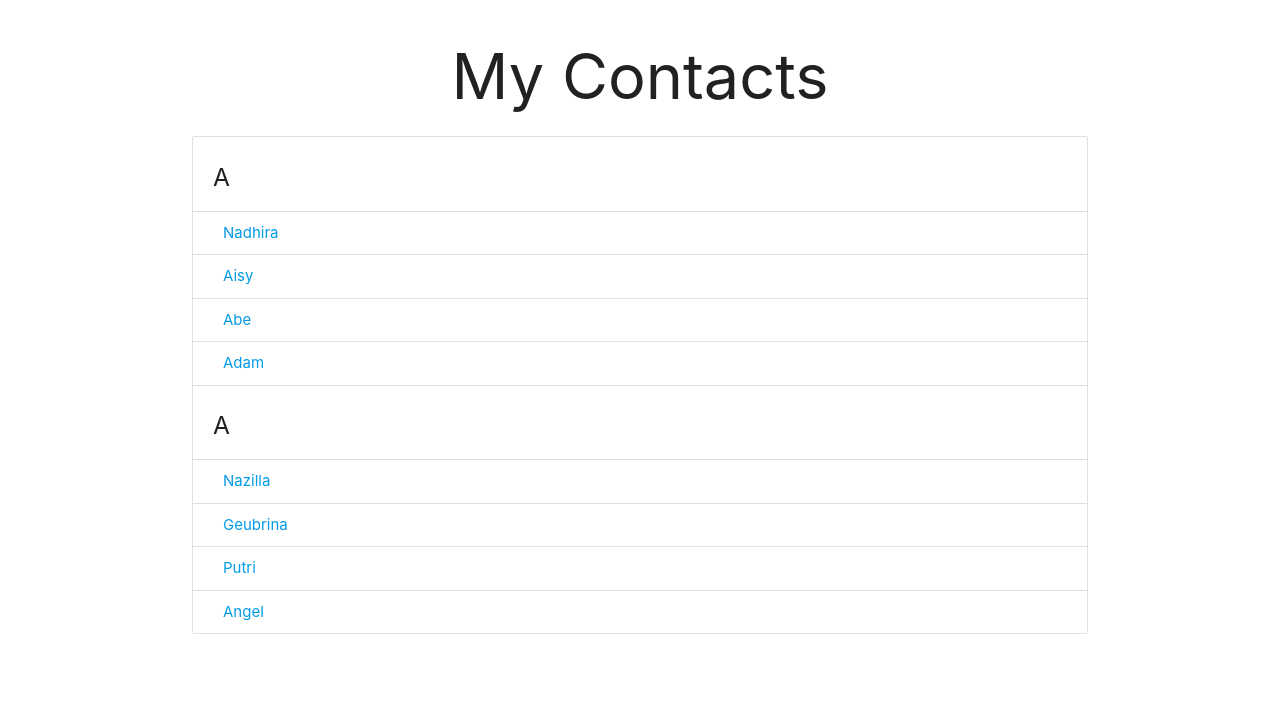
Repository: Fauzaanmhmd/vanillaFilterable
Page: index.html
An editor plug-in stored every save of this project. The page is shown before and after the next save, followed by the edit.
The browser window is 1280 px wide. The pictures show the whole page.

Above is the page before, as saved 2022-02-16 08:08:58.

### index.html
<!DOCTYPE html>
<html lang="en">

<head>
    <meta charset="UTF-8">
    <meta http-equiv="X-UA-Compatible" content="IE=edge">
    <meta name="viewport" content="width=device-width, initial-scale=1.0">
    <link rel="stylesheet" href="https://cdnjs.cloudflare.com/ajax/libs/materialize/1.0.0/css/materialize.css">
    <title>My Contacts</title>
</head>

<body>
    <div class="container">
        <h1 class="center-align">
            My Contacts
        </h1>
        <ul id="names" class="collection with-header">
            <li class="collection-header">
                <h5>A</h5>
            </li>
            <li class="collection-item">
                <a href="#">Nadhira</a>
            </li>
            <li class="collection-item">
                <a href="#">Aisy</a>
            </li>
            <li class="collection-item">
                <a href="#">Abe</a>
            </li>
            <li class="collection-item">
                <a href="#">Adam</a>
            </li>
            <li class="collection-header">
                <h5>A</h5>
            </li>
            <li class="collection-item">
                <a href="#">Nazilla</a>
            </li>
            <li class="collection-item">
                <a href="#">Geubrina</a>
            </li>
            <li class="collection-item">
                <a href="#">Putri</a>
            </li>
            <li class="collection-item">
                <a href="#">Angel</a>
            </li>
        </ul>
    </div>
</body>

</html>

After the next save:
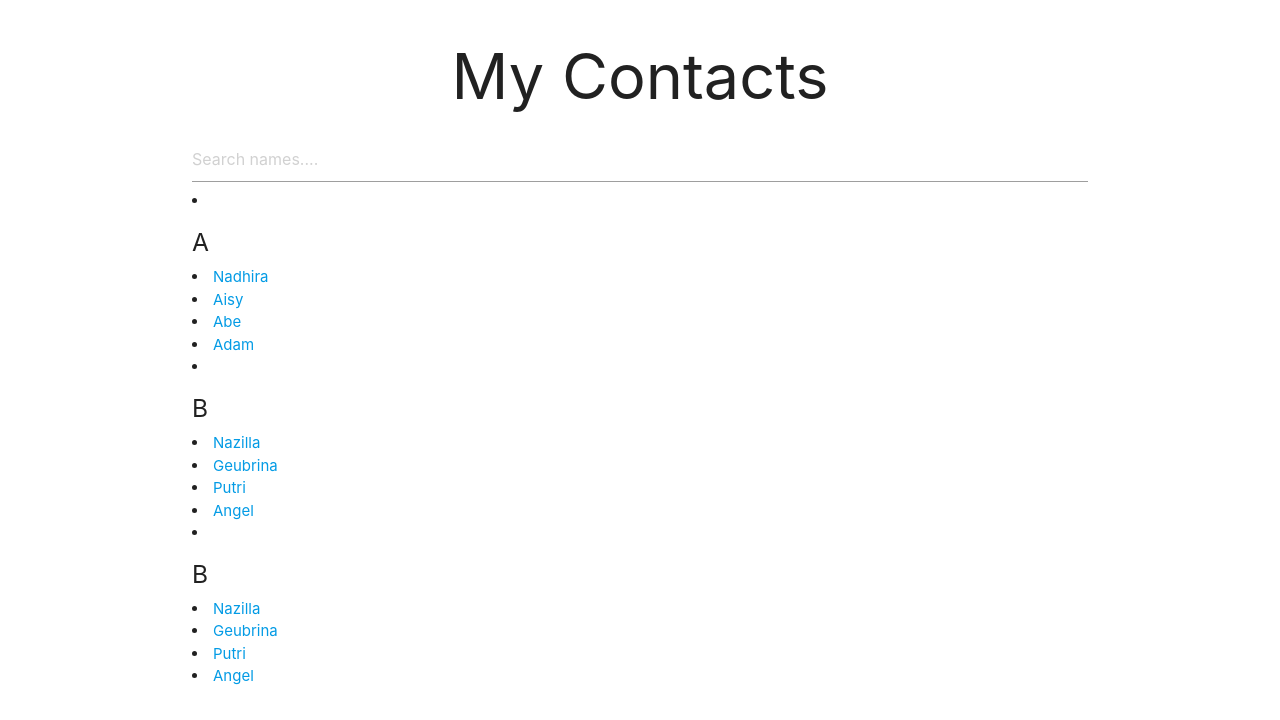
Saved 2 min 47 s later.
--- a/index.html
+++ b/index.html
@@ -14,37 +14,53 @@
         <h1 class="center-align">
             My Contacts
         </h1>
-        <ul id="names" class="collection with-header">
-            <li class="collection-header">
-                <h5>A</h5>
-            </li>
-            <li class="collection-item">
-                <a href="#">Nadhira</a>
-            </li>
-            <li class="collection-item">
-                <a href="#">Aisy</a>
-            </li>
-            <li class="collection-item">
-                <a href="#">Abe</a>
-            </li>
-            <li class="collection-item">
-                <a href="#">Adam</a>
-            </li>
-            <li class="collection-header">
-                <h5>A</h5>
-            </li>
-            <li class="collection-item">
-                <a href="#">Nazilla</a>
-            </li>
-            <li class="collection-item">
-                <a href="#">Geubrina</a>
-            </li>
-            <li class="collection-item">
-                <a href="#">Putri</a>
-            </li>
-            <li class="collection-item">
-                <a href="#">Angel</a>
-            </li>
+        <input type="text" id="filterInput" placeholder="Search names...." <ul id="names"
+            class="collection with-header">
+        <li class="collection-header">
+            <h5>A</h5>
+        </li>
+        <li class="collection-item">
+            <a href="#">Nadhira</a>
+        </li>
+        <li class="collection-item">
+            <a href="#">Aisy</a>
+        </li>
+        <li class="collection-item">
+            <a href="#">Abe</a>
+        </li>
+        <li class="collection-item">
+            <a href="#">Adam</a>
+        </li>
+        <li class="collection-header">
+            <h5>B</h5>
+        </li>
+        <li class="collection-item">
+            <a href="#">Nazilla</a>
+        </li>
+        <li class="collection-item">
+            <a href="#">Geubrina</a>
+        </li>
+        <li class="collection-item">
+            <a href="#">Putri</a>
+        </li>
+        <li class="collection-item">
+            <a href="#">Angel</a>
+        </li>
+        <li class="collection-header">
+            <h5>B</h5>
+        </li>
+        <li class="collection-item">
+            <a href="#">Nazilla</a>
+        </li>
+        <li class="collection-item">
+            <a href="#">Geubrina</a>
+        </li>
+        <li class="collection-item">
+            <a href="#">Putri</a>
+        </li>
+        <li class="collection-item">
+            <a href="#">Angel</a>
+        </li>
         </ul>
     </div>
 </body>
